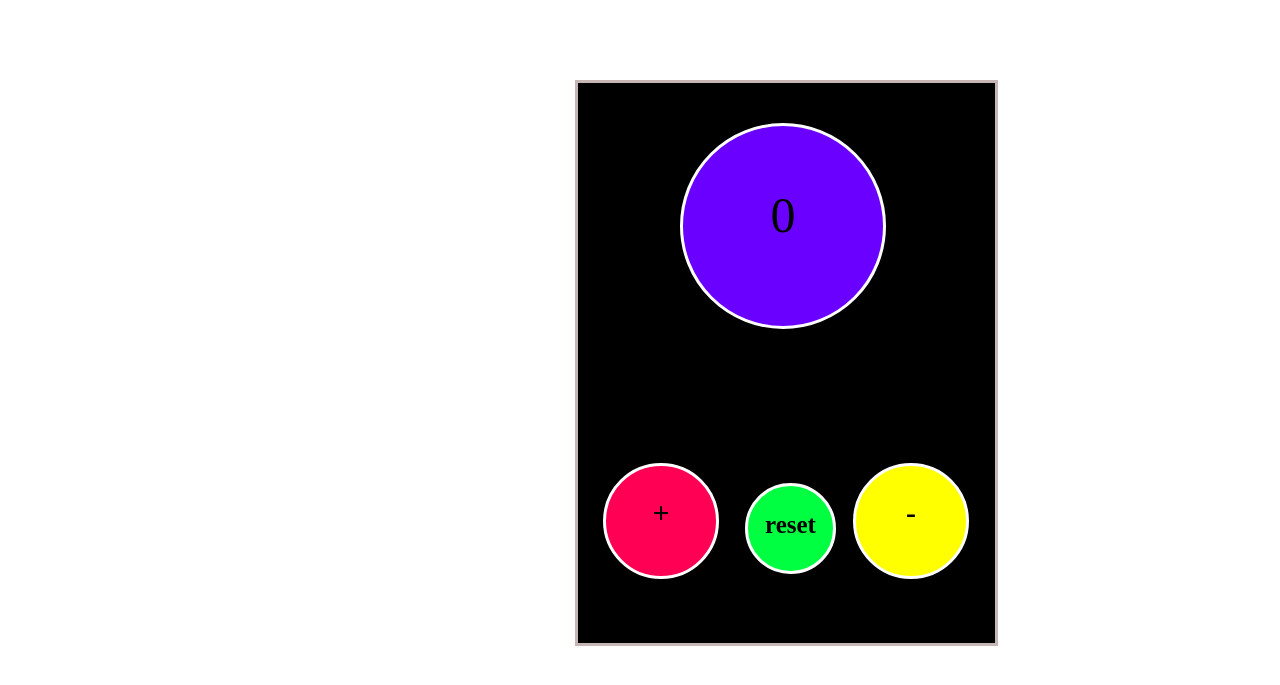
Repository: sara55m/Counter_App
Page: index.html
An editor plug-in stored every save of this project. The page is shown before and after the next save, followed by the edit.
The browser window is 1280 px wide. The pictures show the whole page.

Above is the page before, as saved 2024-07-31 18:02:29.

After the next save:
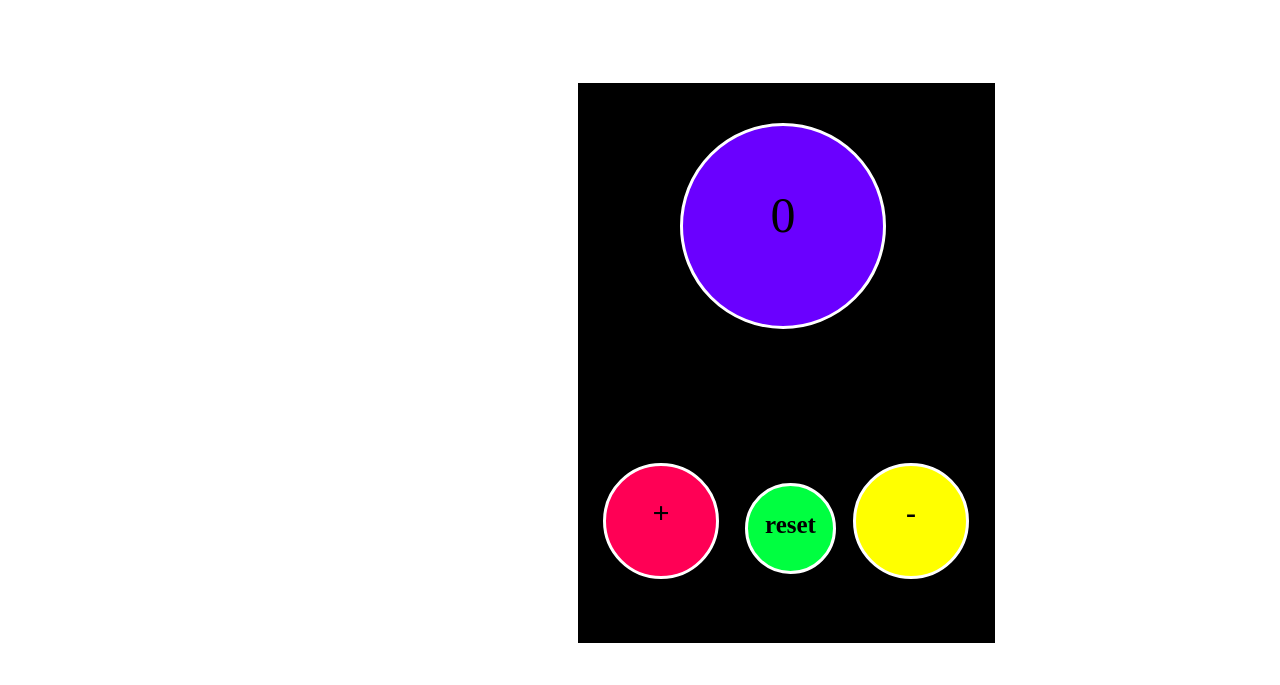
Saved 40 s later.
--- a/css/style.css
+++ b/css/style.css
@@ -5,7 +5,7 @@
     height:560px;
     width:417px;
     background-color: black;
-    border:3px solid #c7b6b6;
+    border:3px solid white;
 }
 p.one{
     text-align: center;
